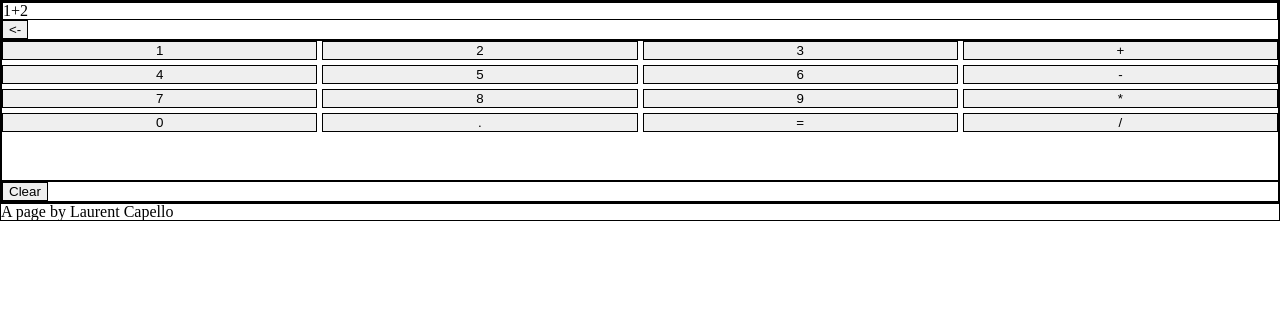
Repository: sokafootball/js-calculator
Page: index.html
These files come from the project's save history. The page is drawn as it stood at one moment and after the next save; the edit follows.
The browser window is 1280 px wide. The pictures show the whole page.

Above is the page before, as saved 2020-04-25 11:24:34.

### index.html
<html>
<head>
  <link rel="stylesheet" type="text/css" href="reset.css">
  <link rel="stylesheet" type="text/css" href="style.css">
  <link rel="stylesheet" type="text/css" href="wireframe.css">
</head>
<body>
<main id="main">
  <div id="calculator">
    <div id="calc-top">
      <div id="display">1+2</div>
      <button id="backspace" class="button"><-</button>
    </div>
    <div id="calc-mid">
      <button class="button">1</button>
      <button class="button">2</button>
      <button class="button">3</button>
      <button class="button">+</button>
      <button class="button">4</button>
      <button class="button">5</button>
      <button class="button">6</button>
      <button class="button">-</button>
      <button class="button">7</button>
      <button class="button">8</button>
      <button class="button">9</button>
      <button class="button">*</button>
      <button class="button">0</button>
      <button class="button">.</button>
      <button class="button">=</button>
      <button class="button">/</button>
    </div>
    <div id="calc-bottom">
      <button class="button">Clear</button>
    </div>
  </div>
</main>
<footer>
  <p>A page by <span id="signature">Laurent Capello</span></p>
</footer>
<script type="text/javascript" src="script.js"></script>
</body>
</html>

### style.css
#backspace{
  grid-area: backspace;
}

#display{
  grid-area: display;
}

#calc-mid{
  display: grid;
  gap: 5px 5px;
  grid-template-areas:
    "display display display backspace"
    "numpad numpad numpad operators"
    "numpad numpad numpad operators"
    "numpad numpad numpad operators"
    "numpad numpad numpad operators"
    ". clear clear .";
  grid-template-columns: repeat(3, 1fr) [num-col-end] 1fr;
  grid-template-rows: 1fr [num-row-start] repeat(4, 1fr) [num-row-end] 1fr;
}

### wireframe.css
button, div, p {
  border: 1px solid black;
}

Loaded but not shown: reset.css (common file); script.js (no copy from this time; the picture is the same without it)

After the next save:
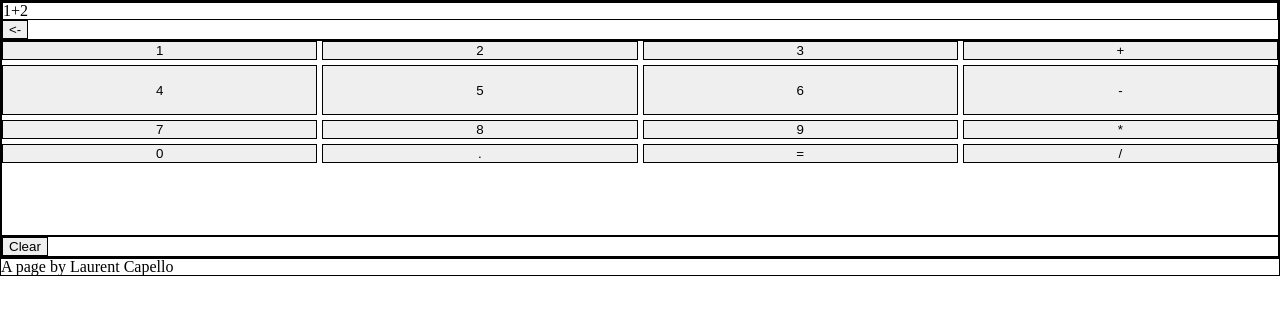
Saved 2 min 51 s later.
--- a/style.css
+++ b/style.css
@@ -17,5 +17,5 @@
     "numpad numpad numpad operators"
     ". clear clear .";
   grid-template-columns: repeat(3, 1fr) [num-col-end] 1fr;
-  grid-template-rows: 1fr [num-row-start] repeat(4, 1fr) [num-row-end] 1fr;
+  grid-template-rows: 1fr 50px repeat(4, 1fr) 1fr;
 }
